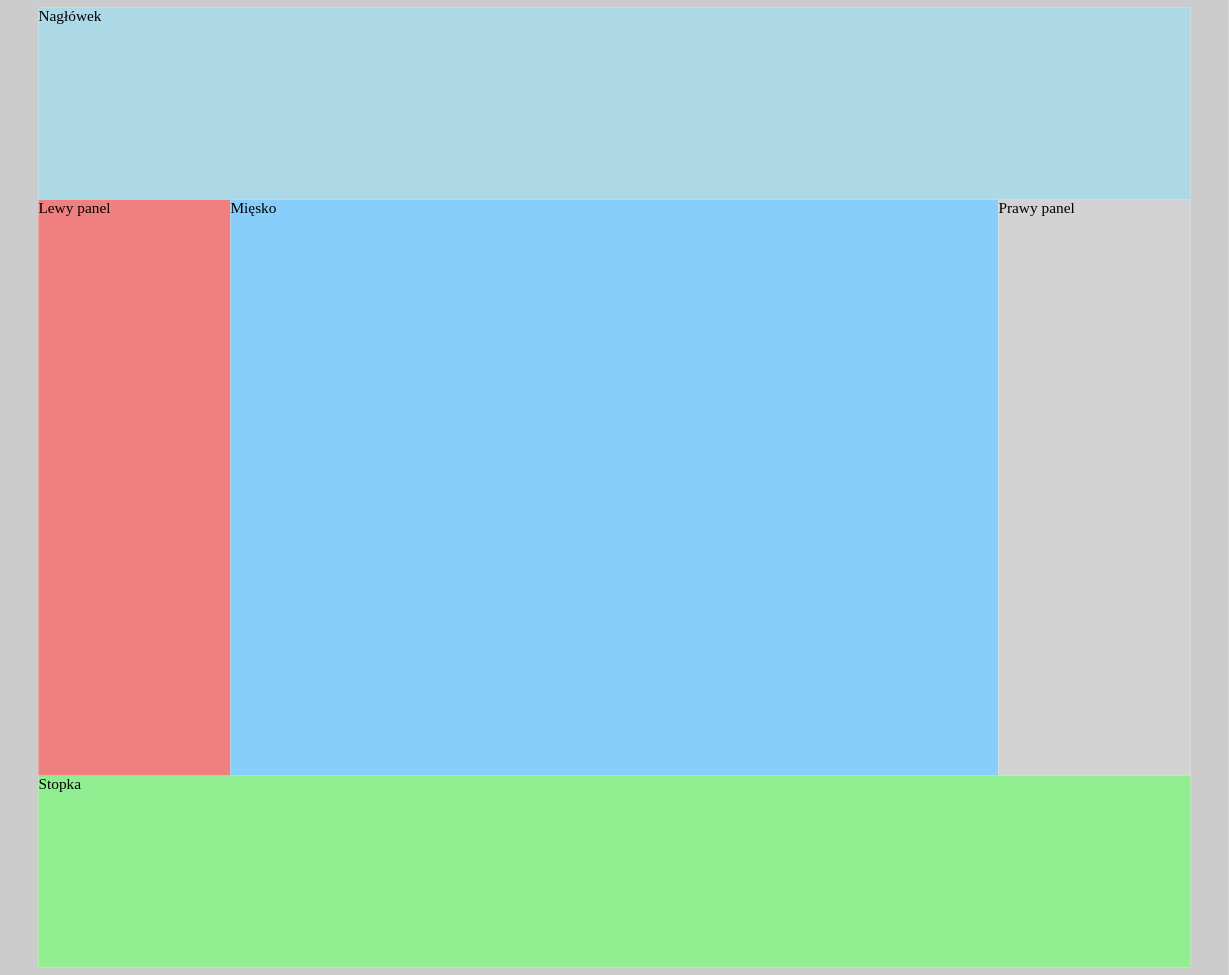
Repository: Gumiin/studia
Page: wykłady/14.04/exaple 3/index.html
These files come from the project's save history. The page is drawn as it stood at one moment and after the next save; the edit follows.
The browser window is 1280 px wide. The pictures show the whole page, at 96% of full size.

Above is the page before, as saved 2021-04-14 16:06:39.

After the next save:
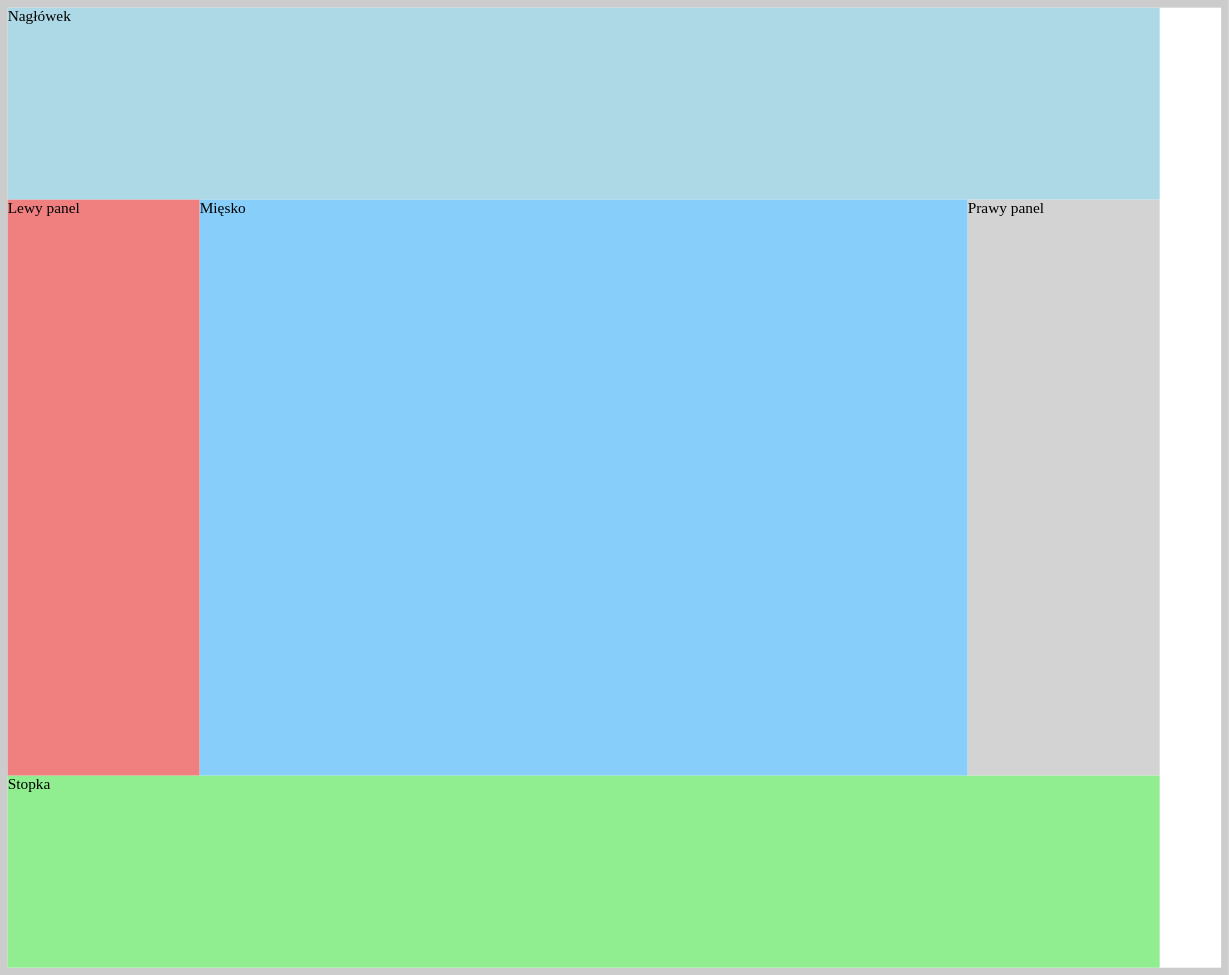
Saved 54 s later.
--- a/wykłady/14.04/exaple 3/style.css
+++ b/wykłady/14.04/exaple 3/style.css
@@ -5,12 +5,7 @@ body{
 main{
     margin: 0 auto;
     background:#fff;
-    /*height: 800px;*/
-    width: 1200px;
     display: grid;
-    /* grid-template-columns: auto;
-    grid-template-rows: auto; */
-    /* grid-auto-rows: 400px; */
     grid-template-areas:
         "header"
         "lside"
